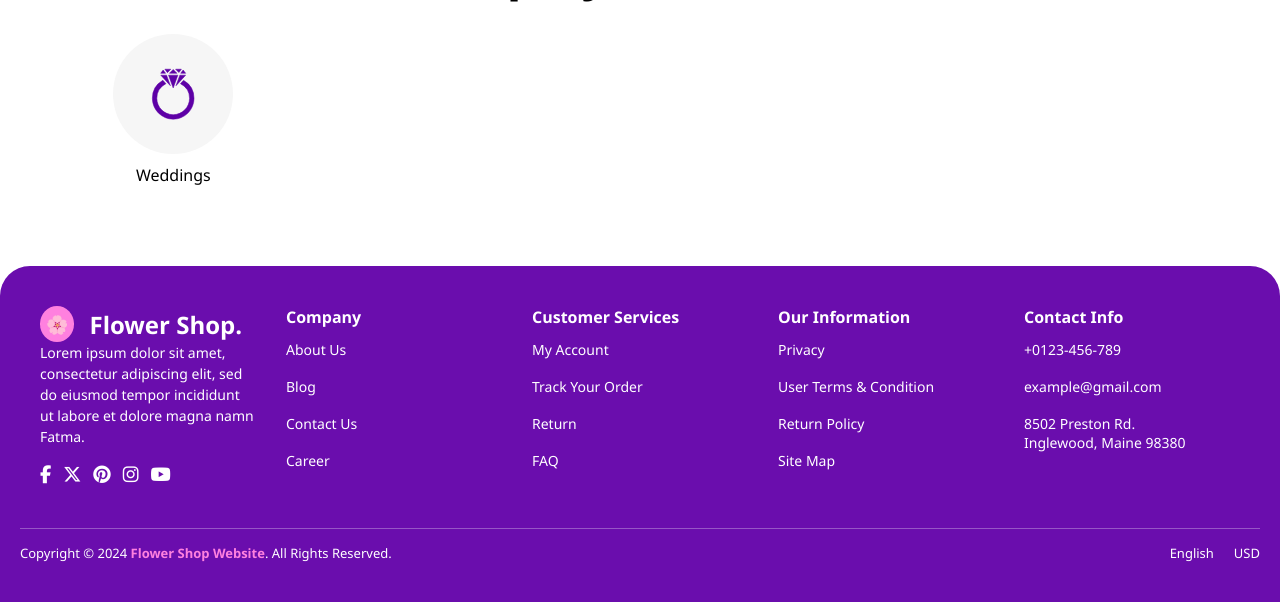
Repository: HabibaYossre/BellaFlora-Store
Page: / (app in client/)
The author's editor kept a copy of each file at every save. The page is drawn from the files as they stood at one save, then again after the next save.
The browser window is 1280 px wide. The pictures show the part of the page from y = 903 to 1855 px (the page is 1505 px tall before and 1869 px after).
The project was rebuilt for these pictures with package versions that can differ from the ones it lists, and the page was loaded fresh each time. Also part of the build but not shown: client/src/components/registration/Login.js, client/src/components/registration/SignUp.js, client/src/components/home/Home.css, client/src/components/Subscribe/Subscribe.css, client/src/components/Subscribe/Subscribe.js, client/src/components/Marquee/Marquee.css, client/src/components/Marquee/Marquee.js, client/src/components/Shipping/Shipping.css and 34 more.

Above is the page before, as saved 2025-08-31 01:27:09.

After the next save:
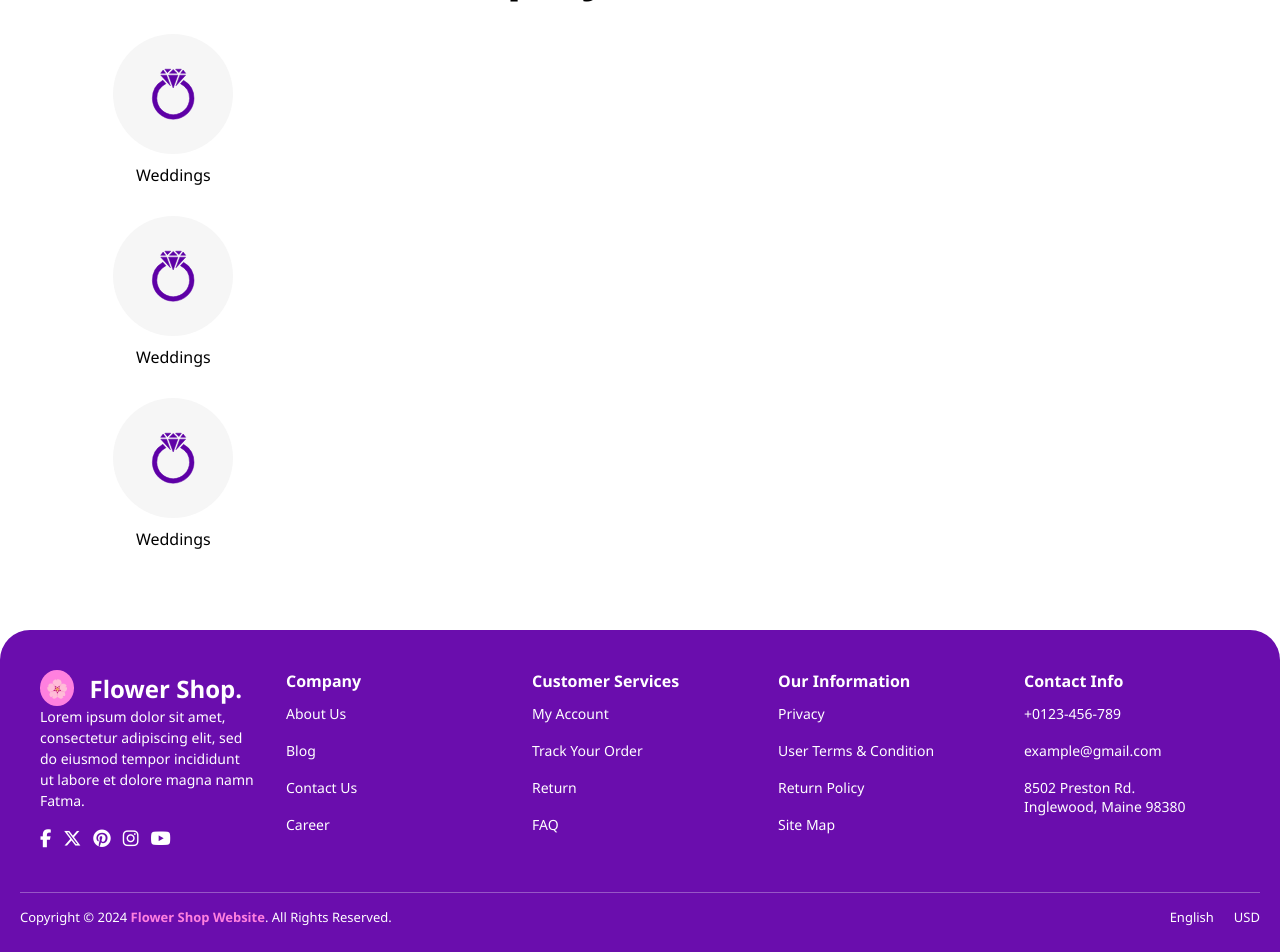
Saved 15 s later.
--- a/client/src/components/occasions/Ocassions.js
+++ b/client/src/components/occasions/Ocassions.js
@@ -18,6 +18,22 @@ function Ocassions() {
             <div className="ocasssion-name">Weddings</div>
         </div>
       </div>
+      <div className="ocassions-types">
+        <div className="ocasssion">
+            <div className="icon-container">
+                <GiBigDiamondRing />
+            </div>
+            <div className="ocasssion-name">Weddings</div>
+        </div>
+      </div>
+      <div className="ocassions-types">
+        <div className="ocasssion">
+            <div className="icon-container">
+                <GiBigDiamondRing />
+            </div>
+            <div className="ocasssion-name">Weddings</div>
+        </div>
+      </div>
     </div>
   );
 }
